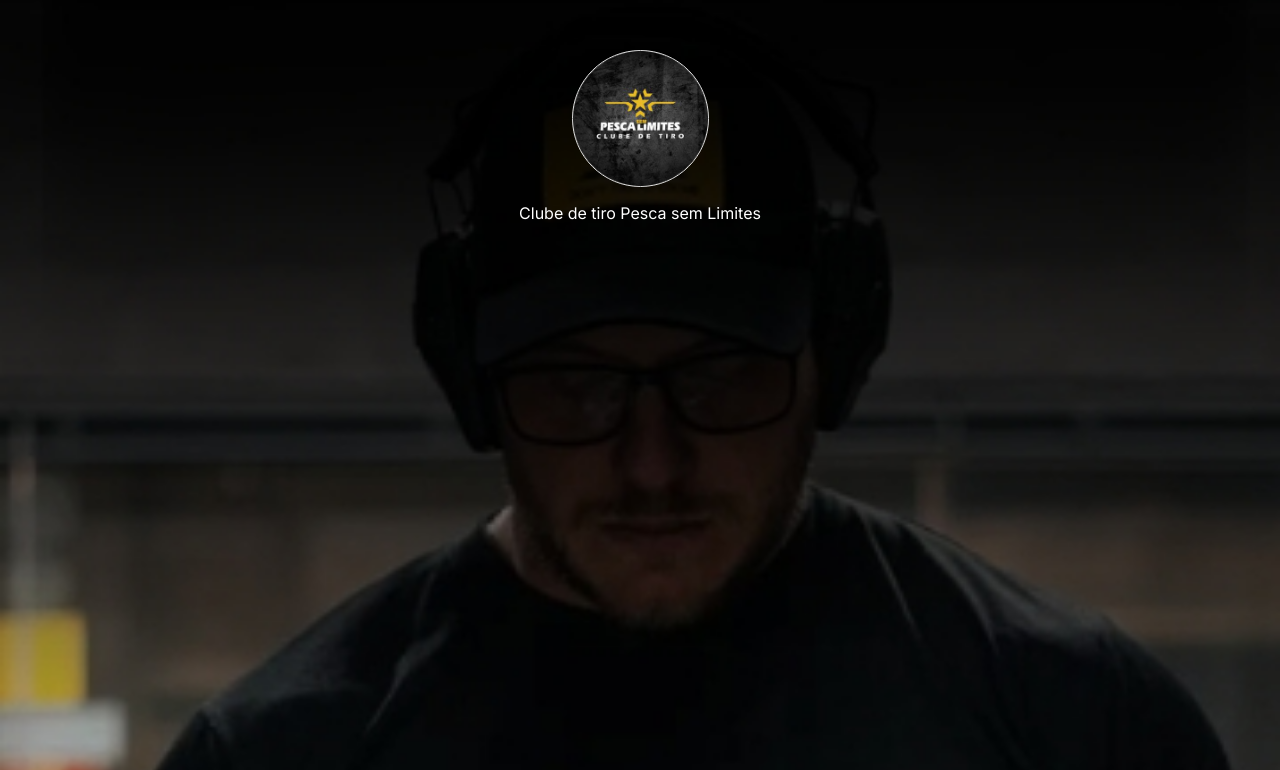
Repository: Fr4nc021/LinkPages-PescasemLimites
Page: index.html
The author's editor kept a copy of each file at every save. The page is drawn from the files as they stood at one save, then again after the next save.
The browser window is 1280 px wide. The pictures show the whole page.

Above is the page before, as saved 2025-02-27 22:03:17.

### index.html
<!DOCTYPE html>
<html lang="pt-br">
<head>
    <link rel="preconnect" href="https://fonts.googleapis.com" />
    <link rel="preconnect" href="https://fonts.gstatic.com" crossorigin
    />
    <link
    href="https://fonts.googleapis.com/css2?family=Inter:ital,opsz,wght@0,14..32,100..900;1,14..32,100..900&display=swap" rel="stylesheet"
    />
    <link rel="stylesheet" href="style.css">
    <meta charset="UTF-8">
    <meta name="viewport" content="width=device-width, initial-scale=1.0">
    <title>LinkPage</title>
</head>
<body>
    <div id="profile">
        <img src="./midia/logo_clube_de_tiro.jpg"
        alt="Logo Pesca sem Limites Clube de tiro">
        <p>Clube de tiro Pesca sem Limites</p>
    </div>

</body>
</html>

### style.css
body * {
    font-family: "Inter", sans-serif;
    color: rgb(255, 255, 255);
}

body {
    background: url(./midia/Foto_fundo_mobile.jpg) no-repeat center center/cover;
    height: 100vh; /* Garante que o body ocupe 100% da altura da tela */
    margin: 0; /* Remove margens padrão */
    padding: 0; /* Remove padding padrão */
}
#profile img {
    border: 1px solid #ddd;
    width: 135px;
    display: block;
    margin: 50px auto 0; /* Adiciona 30px no topo, centraliza horizontalmente e remove margem inferior */
    padding: 0; /* Removendo o padding para evitar espaçamentos extras */
    border-radius: 50%;
}

#profile {
    text-align: center;
}

After the next save:
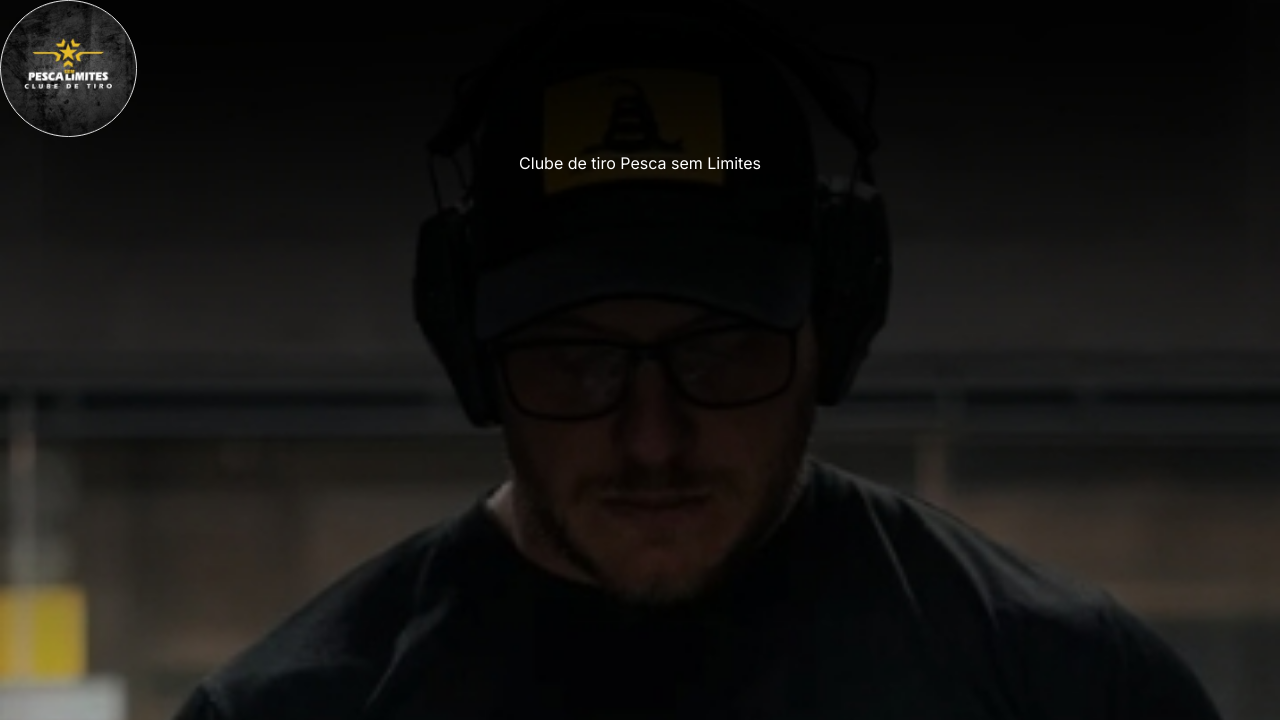
Saved 34 s later.
--- a/style.css
+++ b/style.css
@@ -13,7 +13,7 @@
     border: 1px solid #ddd;
     width: 135px;
     display: block;
-    margin: 50px auto 0; /* Adiciona 30px no topo, centraliza horizontalmente e remove margem inferior */
+    margin: 50px auto 5; /* Adiciona 30px no topo, centraliza horizontalmente e remove margem inferior */
     padding: 0; /* Removendo o padding para evitar espaçamentos extras */
     border-radius: 50%;
 }

After the save that followed:
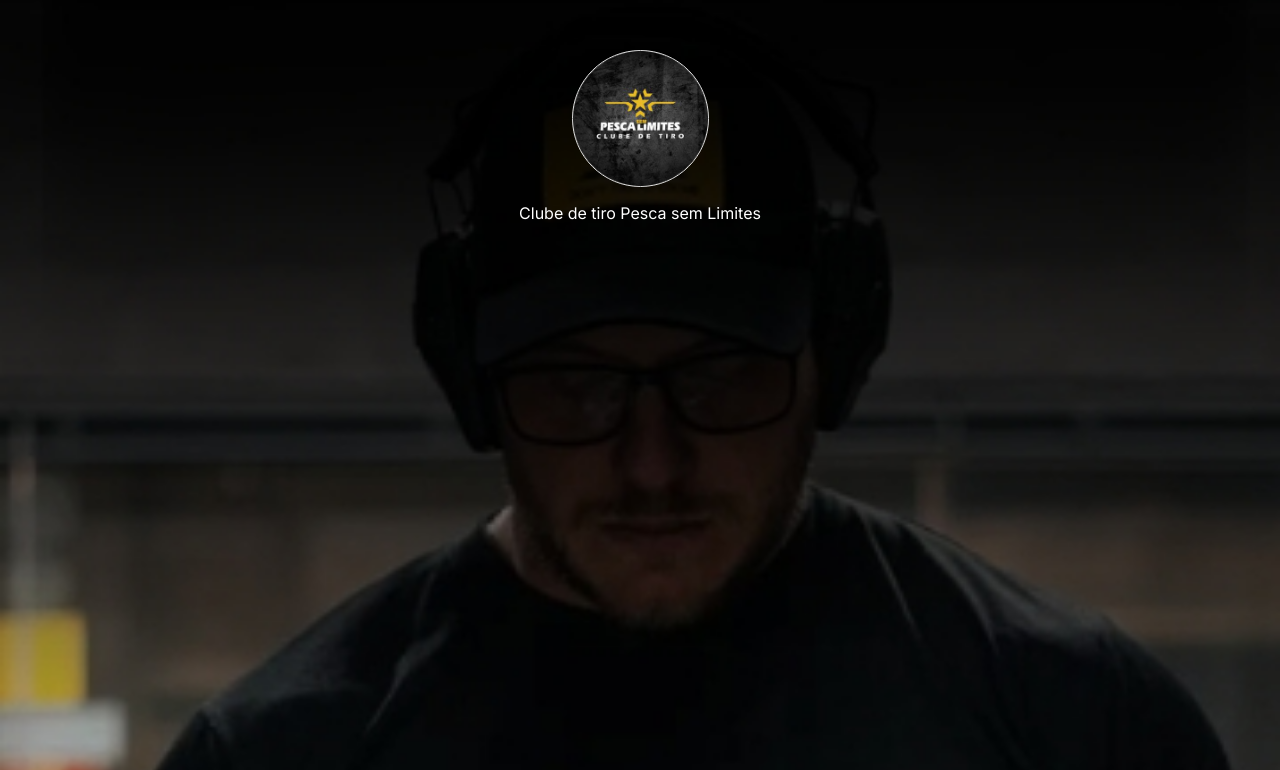
Saved 6 s later.
--- a/style.css
+++ b/style.css
@@ -13,7 +13,7 @@
     border: 1px solid #ddd;
     width: 135px;
     display: block;
-    margin: 50px auto 5; /* Adiciona 30px no topo, centraliza horizontalmente e remove margem inferior */
+    margin: 50px auto 0; /* Adiciona 30px no topo, centraliza horizontalmente e remove margem inferior */
     padding: 0; /* Removendo o padding para evitar espaçamentos extras */
     border-radius: 50%;
 }
